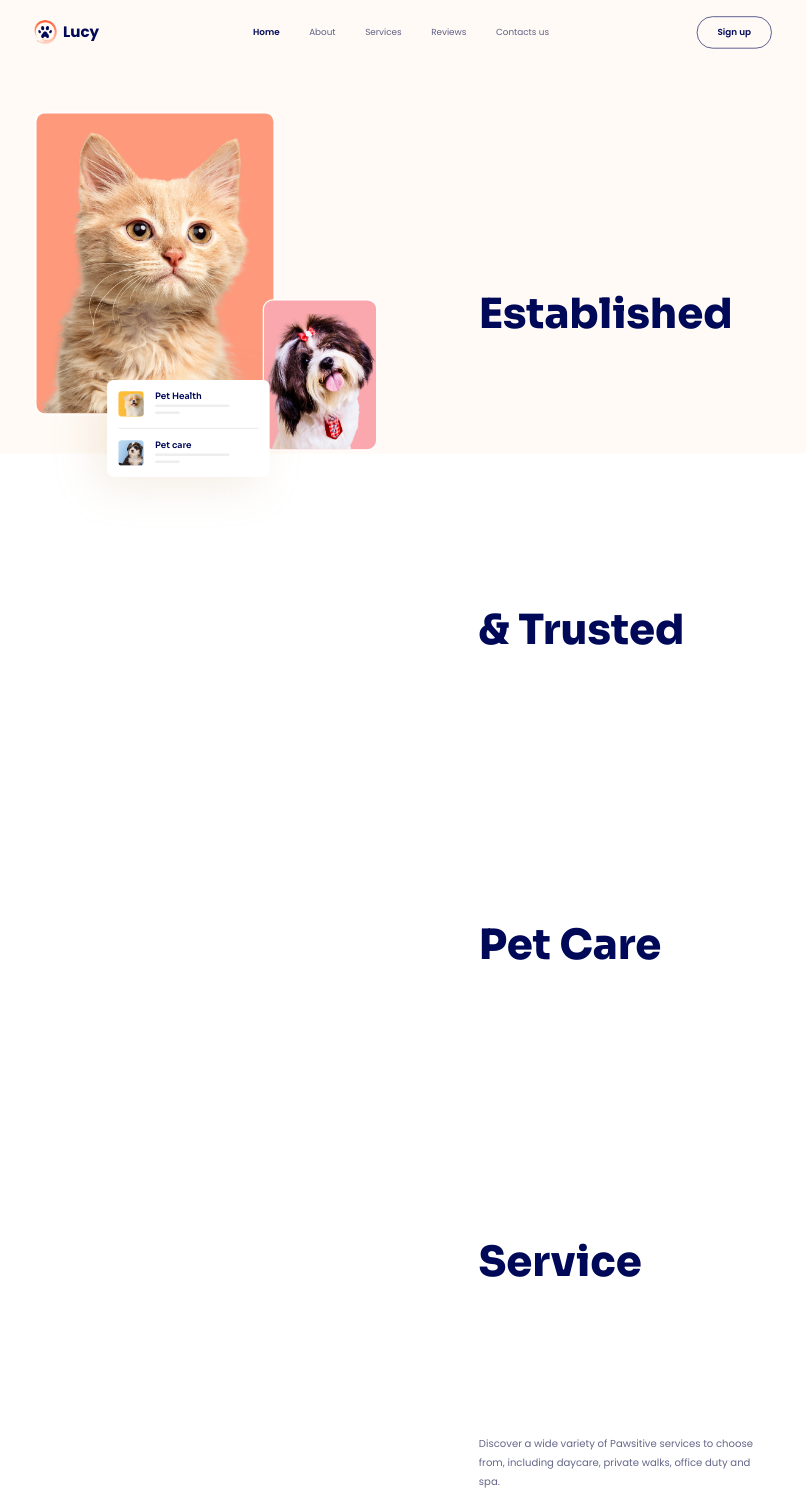
Repository: Cuongquaidan/F8projeact-04
Page: index.html
An editor plug-in stored every save of this project. The page is shown before and after the next save, followed by the edit.
The browser window is 1280 px wide. The pictures show the whole page, at 63% of full size.

Above is the page before, as saved 2023-04-15 10:00:43.

### index.html
<!DOCTYPE html>
<html lang="en">
    <head>
        <meta charset="UTF-8" />
        <meta http-equiv="X-UA-Compatible" content="IE=edge" />
        <meta name="viewport" content="width=device-width, initial-scale=1.0" />
        <title>F8project-4</title>
        <!-- reset css -->
        <link rel="stylesheet" href="./asset/css/reset.css" />
        <!-- font -->
        <link rel="preconnect" href="https://fonts.googleapis.com" />
        <link rel="preconnect" href="https://fonts.gstatic.com" crossorigin />
        <link
            href="https://fonts.googleapis.com/css2?family=Poppins:ital,wght@0,200;0,300;0,400;0,500;0,600;0,700;0,800;0,900;1,100;1,200;1,300;1,400;1,500;1,600;1,700;1,800;1,900&family=Sora:wght@100;200;300;400;500;600;700;800&display=swap"
            rel="stylesheet"
        />
        <!-- icon -->
        <link
            href="https://unpkg.com/boxicons@2.1.4/css/boxicons.min.css"
            rel="stylesheet"
        />

        <!-- styles -->
        <link rel="stylesheet" href="./asset/css/styles.css" />
        <link rel="stylesheet" href="./asset/css/responsive.css" />
    </head>
    <body>
        <div class="header">
            <div class="container">
                <a href="#" class="brand__link">
                    <div class="header__brand">
                        <img
                            src="./asset/img/logo.png"
                            alt="Lucy"
                            class="brand__img"
                        />
                        <span class="brand__name">Lucy</span>
                    </div>
                </a>
                <ul class="header__nav">
                    <li class="header__nav-item">
                        <a
                            href="#header"
                            class="nav-item__link nav-item--active"
                            >Home</a
                        >
                    </li>
                    <li class="header__nav-item">
                        <a href="#about" class="nav-item__link">About</a>
                    </li>
                    <li class="header__nav-item">
                        <a href="#services" class="nav-item__link">Services</a>
                    </li>
                    <li class="header__nav-item">
                        <a href="#reviews" class="nav-item__link">Reviews</a>
                    </li>
                    <li class="header__nav-item">
                        <a href="#contacts" class="nav-item__link"
                            >Contacts us</a
                        >
                    </li>
                </ul>
                <div class="header__action">
                    <button class="header__action-btn">Sign up</button>
                </div>
            </div>
            <div class="hero">
                <div class="container hero__container">
                    <div class="hero__cards">
                        <div class="cards__media">
                            <div class="cards__main-card">
                                <img src="./asset/img/pattern-1.svg" alt="pattern" class="main-card__decor">
                                <img
                                    src="./asset/img/conmeovang.png"
                                    alt="Meomeo"
                                    class="main-cards__img"
                                />
                                <img src="./asset/img/pattern-2.svg" alt="pattern" class="main-card__decor">
                            </div>
                            <div class="cards__sub-card">
                                <img
                                    src="./asset/img/conchohong.png"
                                    alt="Pets"
                                    class="sub-cards__img"
                                />
                            </div>
                        </div>
                        <div class="cards__info-card">
                            <div class="info-card__pet">
                                <div class="pet__bg-img"><img src="./asset/img/conchovang.png" alt="pets" class="pet__img"></img></div>
                                   <div class="info__inner-card">
                                    <p class="pet__title">Pet Health</p>
                                    <div class="pet__skeleton-long"></div>
                                    <div class="pet__skeleton-short"></div>
                                   </div>

                            </div>
                            <div class="seperate"></div>
                            <div class="info-card__pet">
                                <div class="pet__bg-img"> <img src="./asset/img/conchoxanh.png" alt="pets" class="pet__img"></img></div>
                                <div class="info__inner-card">
                                    <p class="pet__title">Pet care</p>
                                <div class="pet__skeleton-long"></div>
                                <div class="pet__skeleton-short"></div>
                                </div>
                            </div>
                        </div>
                    </div>
                    <section class="hero__contents">
                        <p class="hero__contents-title title">Established &
                            Trusted Pet
                            Care Service</p>
                        <p class="hero__contents-desc desc">
                            Discover a wide variety of Pawsitive services to choose from, including daycare, private walks, office duty and spa.
                        </p>
                    </section>
                </div>
            </div>
        </div>
        <script src="./app.js"></script>
    </body>
</html>

### asset/css/styles.css
* {
    box-sizing: border-box;
}
html {
    font-size: 62.5%;
}

:root {
    --primary-background-color: #fffaf5;
    --primary-font-tittle: "Sora", sans-serif;
    --primary-color: #000958;
}
body {
    font-size: 1.6rem;
    font-family: "Poppins", sans-serif;
}
/* comman */
input,
textarea,
select,
button {
    font-size: inherit;
    font-family: inherit;
}
a {
    text-decoration: none;
    color: #5e6085;
}
.container {
    width: 1170px;
    margin-left: auto;
    margin-right: auto;
    display: flex;
    text-align: center;
}
.title {
    color: var(--primary-color);
    font-family: "Sora", sans-serif;
    font-size: 5.2em;
    font-weight: 800;
    text-align: left;
}
.desc {
    font-weight: 400;
    font-size: 16px;
    line-height: 30px;
    text-align: left;
    color: #656689;
}
/* header */
.header {
    background-color: var(--primary-background-color);
    padding-top: 26px;
    height: 100vh;
    font-size: 1rem;
}

.header .container {
    justify-content: space-between;
}
.header__brand {
    display: flex;
    text-align: center;
    padding: 6px 0px;
}
.brand__img {
    width: 35px;
    height: auto;
    object-fit: cover;
}
.brand__name {
    color: var(--primary-color);
    font-size: 2.4em;
    font-weight: 700;
    padding: 6px 10px;
}
.header__nav {
    display: flex;
    width: 490px;
    justify-content: space-between;
    text-align: center;
}
.header__nav-item {
    padding: 18px 10px;
    font-size: 1.4em;
    color: #5e6085;
}
.nav-item--active {
    font-weight: 600;
    color: var(--primary-color);
}
.header__action-btn {
    font-size: 1.4em;
    font-weight: 600;
    padding: 14px 32px;
    border: 1px solid var(--primary-color);
    color: var(--primary-color);
    background-color: var(--primary-background-color);
    border-radius: 25px;
}
/* hero */
.hero {
    margin-top: 100px;
    font-size: 1rem;
}
.hero__container {
    display: grid;
    grid-template-columns: repeat(2, 1fr);
}
.hero__cards {
    position: relative;
}
.cards__media {
    display: flex;
    align-items: end;
}

.cards__main-card {
    position: relative;
    width: 382px;
    height: 482px;
    background-color: #fe997b;
    border: 3px solid white;
    border-radius: 16px;
}
.main-cards__img {
    position: absolute;
    bottom: 0;
    left: 0;
    max-width: 100%;
    border-radius: 16px;
}
.main-card__decor {
    position: absolute;
    z-index: -1;
    top: 17px;
    right: -35px;
}
.main-card__decor:nth-child(3) {
    position: absolute;
    top: auto;
    right: auto;
    bottom: 10px;
    left: -58px;
}

.cards__sub-card {
    position: relative;
    margin-left: -20px;
    transform: translateY(56px);
    width: 182px;
    height: 240px;
    background-color: #faa7ad;
    border: 2px solid white;
    border-radius: 16px;
}
.sub-cards__img {
    position: absolute;
    bottom: 0;
    left: 0;
    max-width: 100%;
    border-radius: 16px;
}
.cards__info-card {
    position: absolute;
    top: 426px;
    right: 212px;
    background-color: white;
    box-shadow: -17px 14px 68px -4px rgba(207, 174, 132, 0.25);
    border-radius: 10px;
}

.info-card__pet {
    display: flex;
}
.seperate {
    width: 222px;
    margin-left: 18px;
    margin-right: 18px;
    background-color: #eee;
    height: 2px;
    border-radius: 1px;
}
.pet__bg-img {
    background-color: #fdbf3d;
    margin: 18px;
    width: 40px;
    height: 40px;
    border-radius: 5px;
}
.info-card__pet:nth-child(3) .pet__bg-img {
    background-color: #bcdaf5;
}
.pet__img {
    width: 100%;
    border-radius: 5px;
}
.info__inner-card {
    margin-top: 18px;
    display: flex;
    flex-direction: column;
    align-items: start;
}
.pet__title {
    color: var(--primary-color);
    font-family: "Sora", sans-serif;
    font-size: 1.4em;
    font-weight: 600;
}
.pet__skeleton-long {
    margin-top: 7px;
    margin-bottom: 7px;
    background-color: #eee;
    border-radius: 3px;
    width: 118px;
    height: 4px;
}
.pet__skeleton-short {
    background-color: #eee;
    border-radius: 3px;
    width: 39px;
    height: 4px;
}
.hero__contents {
    padding-top: 70px;
    padding-left: 120px;
}
.hero__contents-title {
    font-size: 6.6em;
    line-height: 7.6em;
    margin-bottom: 24px;
    margin-right: 30px;
}

Loaded but not shown: asset/css/reset.css (common file); app.js (no copy from this time; the picture is the same without it); asset/css/responsive.css (no stored copy; drawn as an empty file)

After the next save:
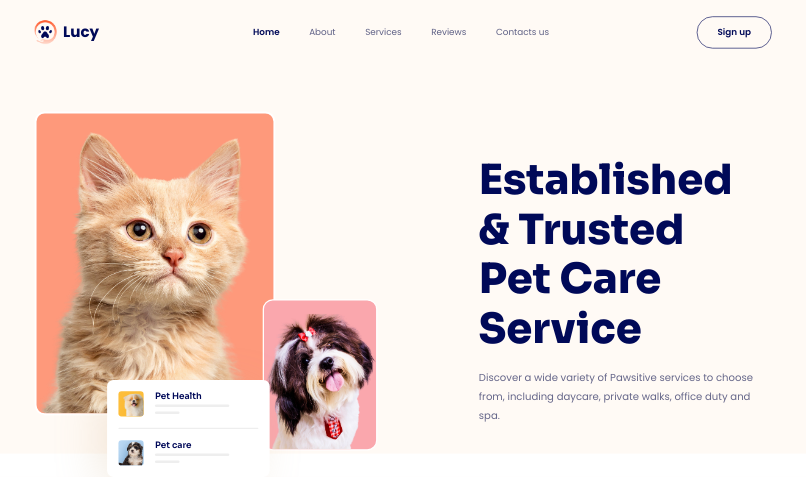
Saved 28 s later.
--- a/asset/css/styles.css
+++ b/asset/css/styles.css
@@ -227,7 +227,7 @@ a {
 }
 .hero__contents-title {
     font-size: 6.6em;
-    line-height: 7.6em;
+    line-height: 1.19;
     margin-bottom: 24px;
     margin-right: 30px;
 }
